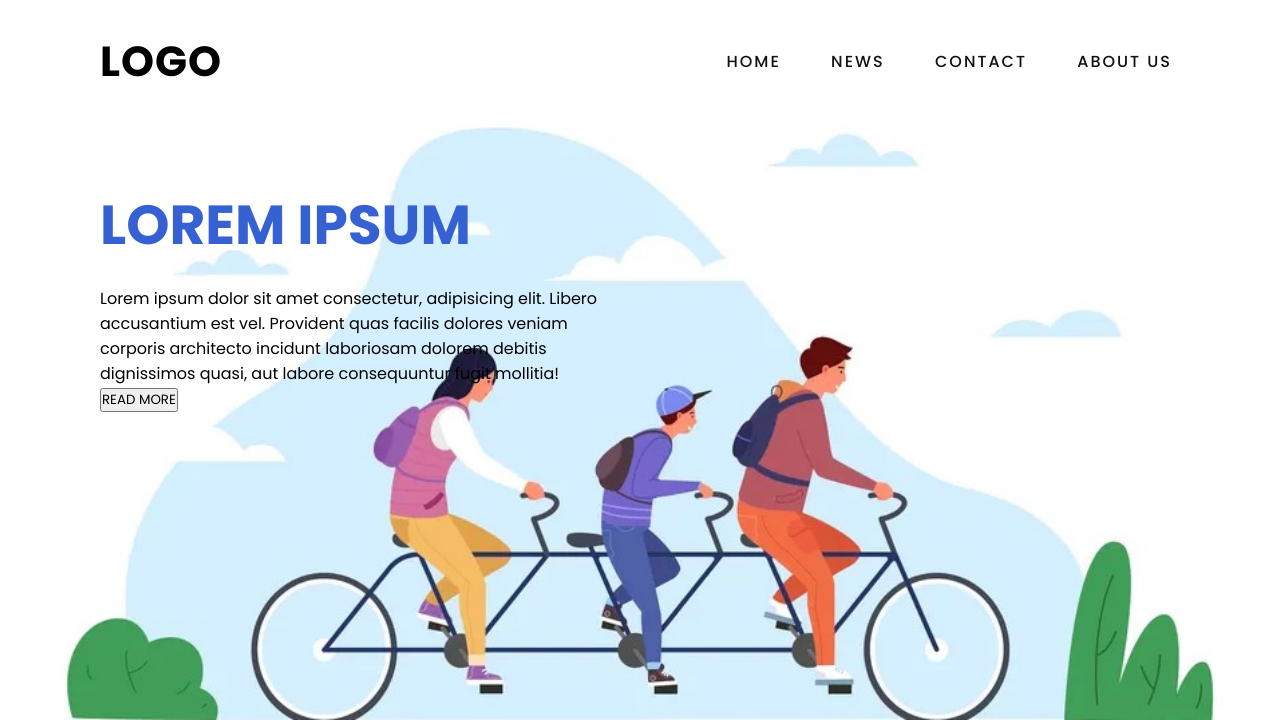
Repository: nganha241/1806
Page: index.html
An editor plug-in stored every save of this project. The page is shown before and after the next save, followed by the edit.
The browser window is 1280 px wide. The pictures show the whole page.

Above is the page before, as saved 2022-06-18 15:51:57.

After the next save:
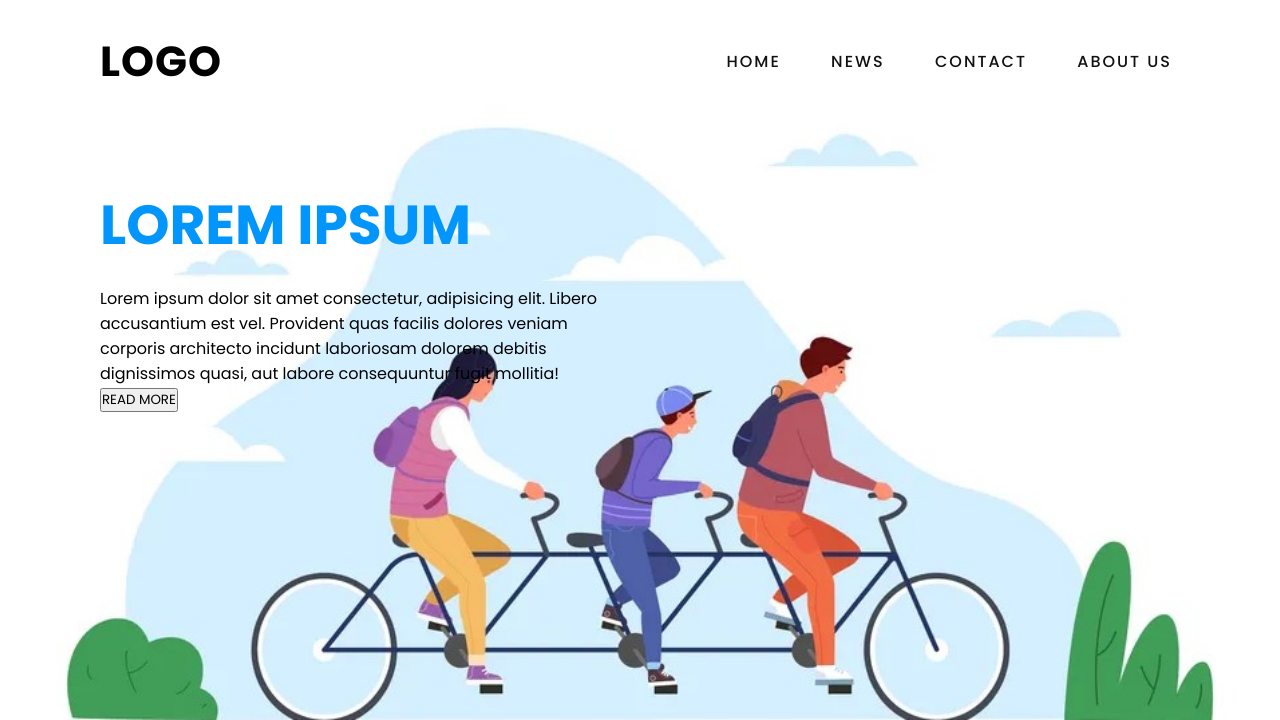
Saved 20 s later.
--- a/style.css
+++ b/style.css
@@ -72,5 +72,5 @@ section header {
     text-transform: uppercase;
     font-weight: 700;
     font-size: 55px;
-    color: #3661D3;
+    color: #0296FC;
 }
